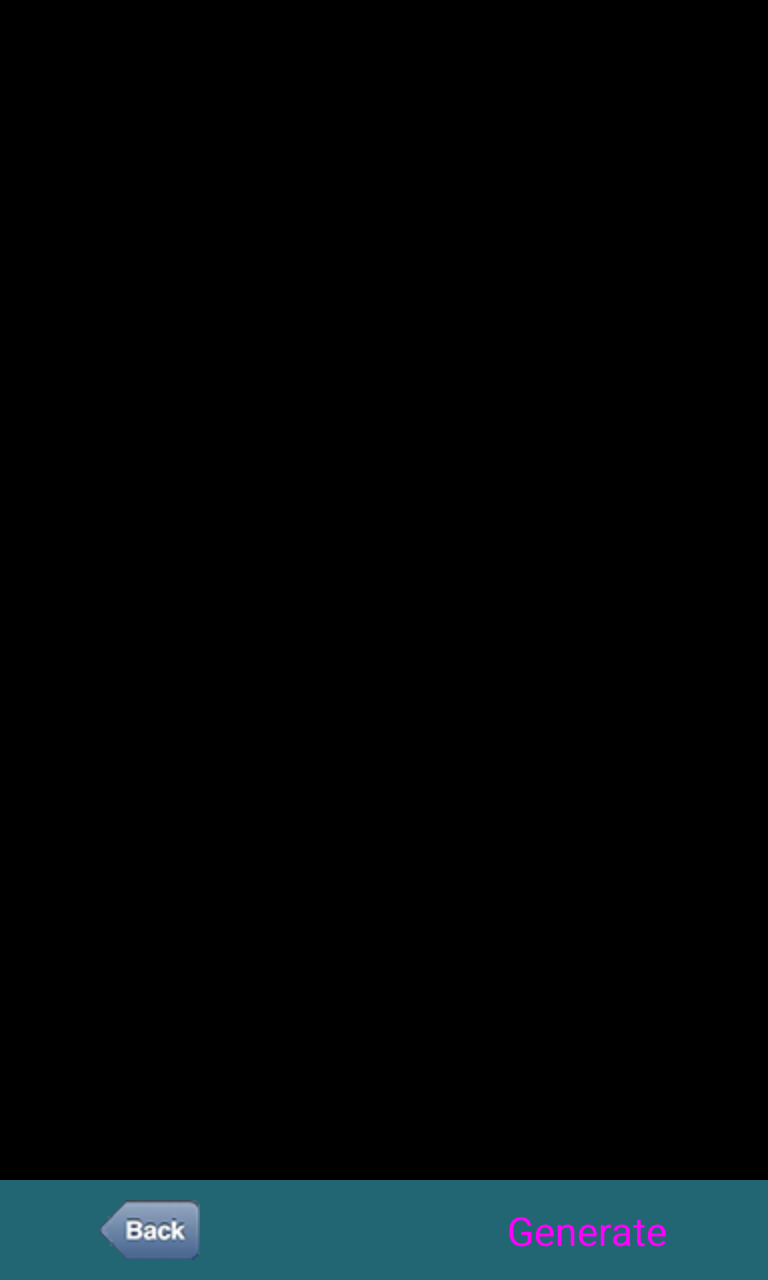
Repository: GitDidNotExitCleanly/FaceLabel
Layout: FaceLabel/res/layout/activity_image_processing.xml
The author's editor kept a copy of each file at every save. The layout is drawn from the files as they stood at one save, then again after the next save.
It is drawn on a 768 x 1280 px phone screen (xhdpi) without system bars, with theme android:Theme.NoTitleBar.Fullscreen; the app's code is not run.

Above is the layout before, as saved 2015-05-13 02:31:45.

After the next save:
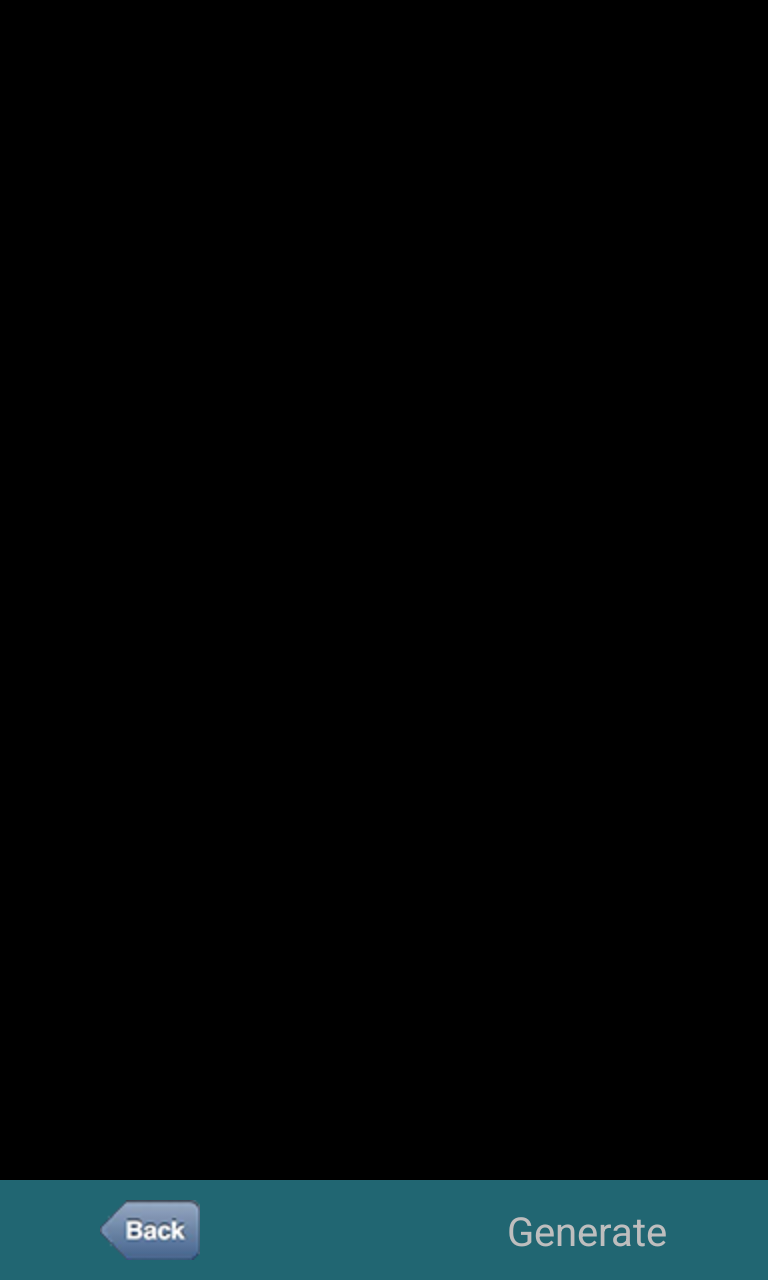
Saved 2 min 47 s later.
--- a/FaceLabel/res/layout/activity_image_processing.xml
+++ b/FaceLabel/res/layout/activity_image_processing.xml
@@ -43,7 +43,6 @@
             android:layout_centerVertical="true"
             android:layout_marginRight="50dp"
             android:text="Generate"
-            android:textColor="#FF00FF"
             android:textSize="20sp" />
 
     </RelativeLayout>
